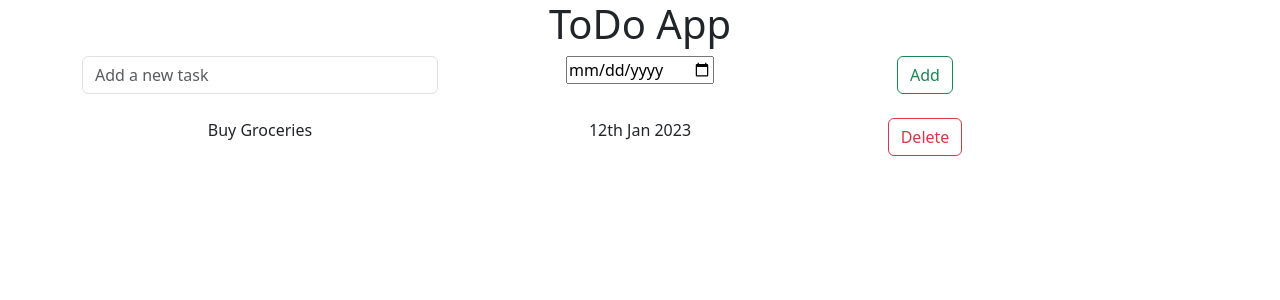
Repository: Mohitkumar1322/ReactTut
Page: / (app in ToDoApp/)
These files come from the project's save history. The page is drawn as it stood at one moment and after the next save; the edit follows.
The browser window is 1280 px wide. The pictures show the whole page.
The project was rebuilt for these pictures with package versions that can differ from the ones it lists, and the page was loaded fresh each time. Also part of the build but not shown: ToDoApp/vite.config.js.

Above is the page before, as saved 2025-08-24 11:23:23.

After the next save:
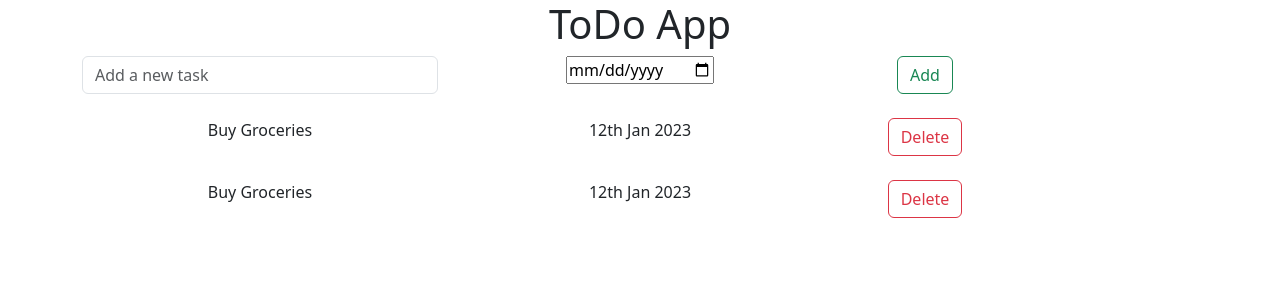
Saved 53 s later.
--- a/ToDoApp/src/App.jsx
+++ b/ToDoApp/src/App.jsx
@@ -23,6 +23,16 @@ function App() {
             </div>
             <div class="col-2"><button type="button" class="btn btn-outline-danger">Delete</button></div>
           </div>
+          <br />
+          <div class="row">
+            <div class="col-4">
+              Buy Groceries
+            </div>
+            <div class="col-4">
+              12th Jan 2023
+            </div>
+            <div class="col-2"><button type="button" class="btn btn-outline-danger">Delete</button></div>
+          </div>
 
         </div>
 
